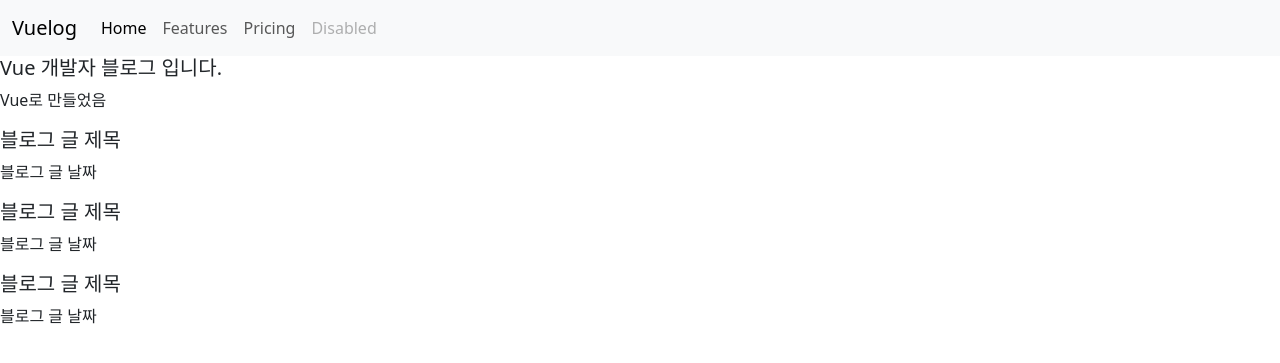
Repository: sangwoolee9701/testReposit
Page: / (app in vue_강습/blog/blog/)
An editor plug-in stored every save of this project. The page is shown before and after the next save, followed by the edit.
The browser window is 1280 px wide. The pictures show the whole page.
The project was rebuilt for these pictures with package versions that can differ from the ones it lists, and the page was loaded fresh each time. Also part of the build but not shown: vue_강습/blog/blog/vite.config.js, vue_강습/blog/blog/src/assets/main.css.

Above is the page before, as saved 2026-03-24 21:03:16.

### vue_강습/blog/blog/index.html
<!DOCTYPE html>
<html lang="">
  <head>
    <meta charset="UTF-8">
    <link rel="icon" href="/favicon.ico">

    <meta name="viewport" content="width=device-width, initial-scale=1.0">
    <title>Vite App</title>
  </head>
  <body>
    <div id="app"></div>
    <script type="module" src="/src/main.js"></script>
  </body>
</html>

### vue_강습/blog/blog/src/main.js
import './assets/main.css'

import { createApp } from 'vue'
import App from './App.vue'

import 'bootstrap'
import 'bootstrap/dist/css/bootstrap.min.css'

createApp(App).mount('#app')

### vue_강습/blog/blog/src/App.vue
<template>
  <nav class="navbar navbar-expand-lg bg-body-tertiary">
    <div class="container-fluid">
      <a class="navbar-brand" href="#">Vuelog</a>
      <button class="navbar-toggler" type="button" data-bs-toggle="collapse" data-bs-target="#navbarNav" aria-controls="navbarNav" aria-expanded="false" aria-label="Toggle navigation">
        <span class="navbar-toggler-icon"></span>
      </button>
      <div class="collapse navbar-collapse" id="navbarNav">
        <ul class="navbar-nav">
          <li class="nav-item">
            <a class="nav-link active" aria-current="page" href="#">Home</a>
          </li>
          <li class="nav-item">
            <a class="nav-link" href="#">Features</a>
          </li>
          <li class="nav-item">
            <a class="nav-link" href="#">Pricing</a>
          </li>
          <li class="nav-item">
            <a class="nav-link disabled" aria-disabled="true">Disabled</a>
          </li>
        </ul>
      </div>
    </div>
  </nav>

  <div class="container_wrap">
    <h5>Vue 개발자 블로그 입니다.</h5>
    <p>Vue로 만들었음</p>

  </div>

  <List :블로그글v="블로그글"/>

</template>




<script>
import List from './components/List.vue';
import blog from './assets/blog.js';

export default{
  name: 'App',

  data(){
    return{
      블로그글 : blog

    }
  },

  components: {
    List : List,
  }
}
</script>







<style>


</style>

### vue_강습/blog/blog/src/components/List.vue
<template>
    <div>
        <h5>블로그 글 제목</h5>
        <p>블로그 글 날짜</p>
    </div>
    <div>
        <h5>블로그 글 제목</h5>
        <p>블로그 글 날짜</p>
    </div>
    <div>
        <h5>블로그 글 제목</h5>
        <p>블로그 글 날짜</p>
    </div>
</template>




<script>
export default{
    name : 'list',
    props : {
        블로그글 : Array,
    }
}
</script>







<style>
/* reset */





</style>

### vue_강습/blog/blog/src/assets/blog.js
export default [{
    title : '첫 째 프로젝트 : 허위매물 전문 부동산 앱',
    content : 'Vue를 이용하면 비누같이 매끈한 앱을 만들 수 있습니다',
    date : 'September 24, 2021',
    number : 0
  },{
    title : '둘 째 프로젝트 : 오마카세 배달 앱',
    content : '음식이 아니라 셰프를 직접 배달해드립니다',
    date : 'October 20, 2020',
    number : 1
  },{
    title : '셋 째 프로젝트 : 현피 앱',
    content : '거리를 설정하면 가장 가까운 파이터를 소개해드려요! 서로 싸워보세요',
    date : 'April 24, 2019',
    number : 2
  }
]

After the next save:
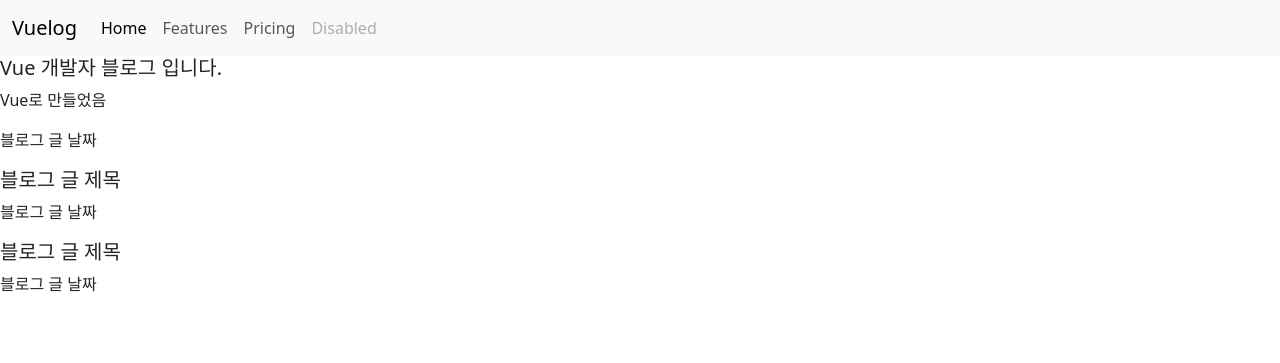
Saved 31 s later.
--- a/vue_강습/blog/blog/src/components/List.vue
+++ b/vue_강습/blog/blog/src/components/List.vue
@@ -1,6 +1,6 @@
 <template>
     <div>
-        <h5>블로그 글 제목</h5>
+        <h5>{{ 블로그글 }}</h5>
         <p>블로그 글 날짜</p>
     </div>
     <div>
